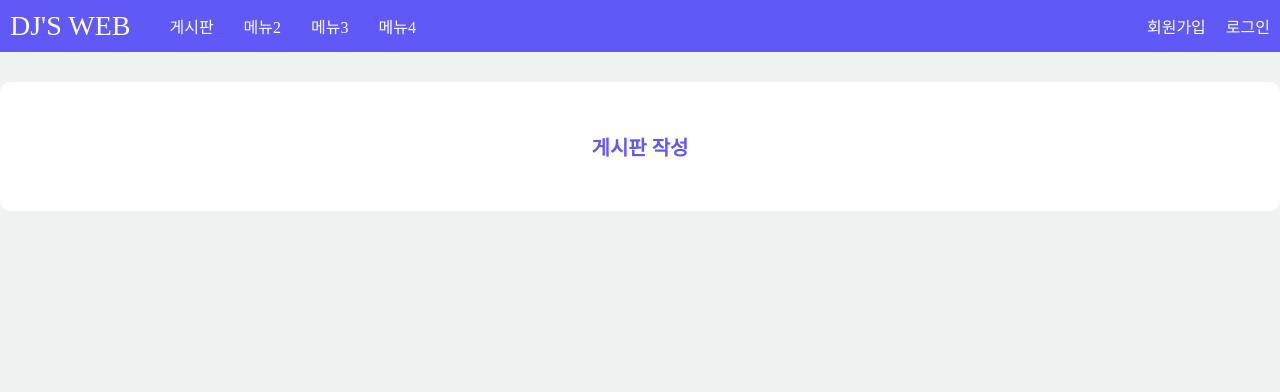
Repository: Godzilla-Man/codingStudy
Page: http://localhost/server_06_notice/notice/writeFrm
An editor plug-in stored every save of this project. The page is shown before and after the next save, followed by the edit.
The browser window is 1280 px wide. The pictures show the whole page.
Some web fonts or font styles are not loaded; a fallback is used. The page is served by Tomcat 9.

Above is the page before, as saved 2025-05-09 02:24:00.

After the next save:
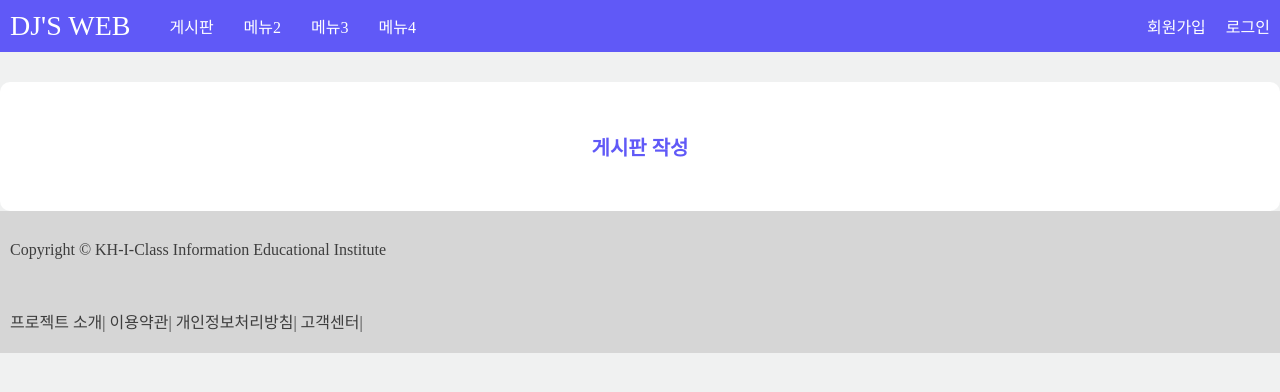
Saved 65 s later.
--- a/server_06_notice/src/main/webapp/WEB-INF/views/notice/writeFrm.jsp
+++ b/server_06_notice/src/main/webapp/WEB-INF/views/notice/writeFrm.jsp
@@ -13,8 +13,11 @@
 			<section class="section notice-write-wrap">
 				<div class="page-title">게시판 작성</div>
 				<form action="/notice/write"
-
+					  method="post"
+					  enctype="multipart/form-data">
+			  	</form>
 			</section>
+		<jsp:include page="/WEB-INF/views/common/footer.jsp"></jsp:include>
 		</main>
 	</div>
 </body>
